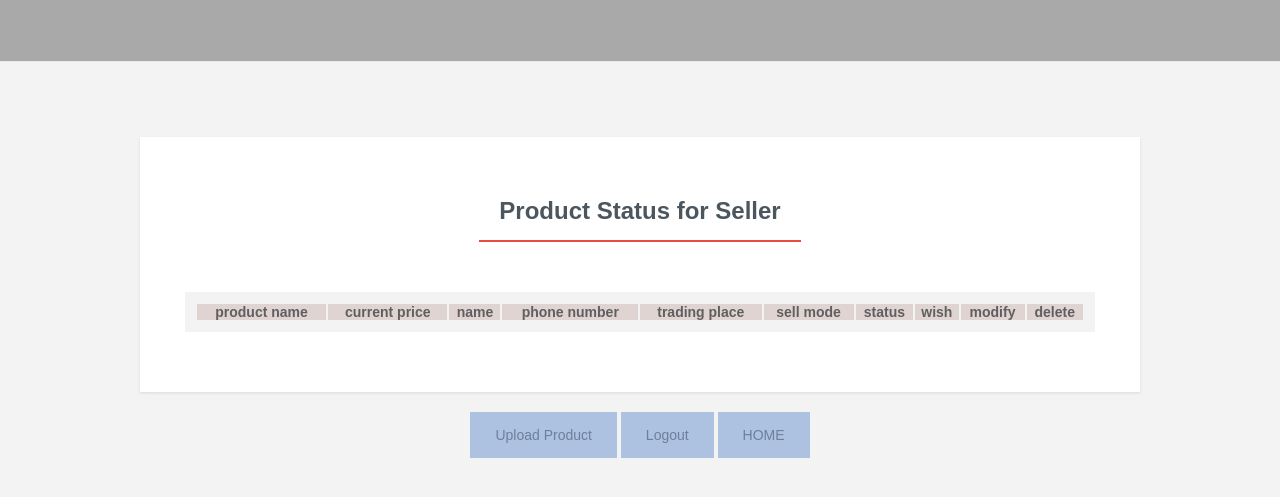
Repository: 0suh/SKKU_Web_project
Page: http://localhost/2018312257_YoungSuhChin_project/productstatus.jsp
The author's editor kept a copy of each file at every save. The page is drawn from the files as they stood at one save, then again after the next save.
The browser window is 1280 px wide. The pictures show the whole page.
The page is served by Tomcat 9. Queries for data that is not in the repository find no rows.

Above is the page before, as saved 2020-12-21 15:19:54.

After the next save:
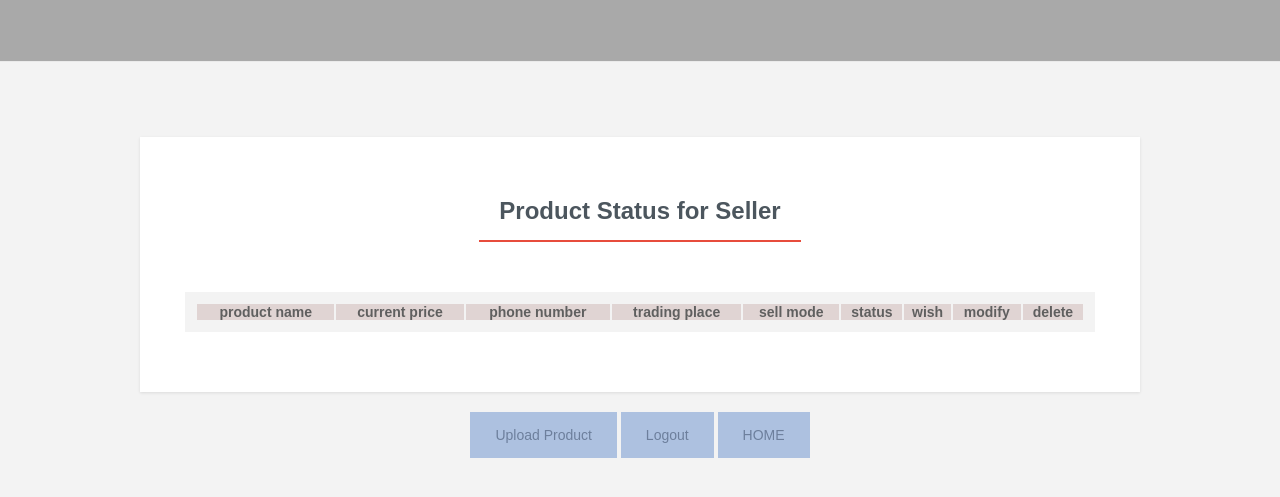
Saved 3 min 12 s later.
--- a/FinalProject/2018312257_YoungSuhChin_project/WebContent/productstatus.jsp
+++ b/FinalProject/2018312257_YoungSuhChin_project/WebContent/productstatus.jsp
@@ -30,7 +30,7 @@ try
 	con=DriverManager.getConnection("jdbc:mysql://localhost:3306/dbuser","root","root"); //create connection
 	stmt=con.createStatement();
 
-	String query="select productname,price,name,phonenumber,tradingplace,sellmode,status,wish from product"; //sql select query
+	String query="select productname,price,phonenumber,tradingplace,sellmode,status,wish from product"; //sql select query
 	rs=stmt.executeQuery(query); //execute query and store in resultset object rs.
 %>
    <form class="form-register" action="memberdelete.jsp" method="post"  > <!-- goto memberdelete.jsp -->
@@ -46,7 +46,6 @@ try
    <tr style="background-color:#e0d4d3">
    <td>product name</td> <!-- table for product name -->
    <td>current price</td> <!-- table for price -->
-   <td>name</td> <!-- table for name -->
    <td>phone number</td> <!-- table for phone number -->
    <td>trading place</td> <!-- table for trading place -->
    <td>sell mode</td> <!-- table for sell mode -->
@@ -62,7 +61,6 @@ try
 
 	   <td><%=rs.getString("productname") %></td> <!-- get product name -->
 	   <td><%=rs.getString("price") %></td> <!-- get price -->
-	   <td><%=rs.getString("name") %></td> <!-- get name -->
 	   <td><%=rs.getString("phonenumber") %></td> <!-- get phone number -->
 	   <td><%=rs.getString("tradingplace") %></td> <!-- get trading place -->
 	   <td><%=rs.getString("sellmode") %></td> <!-- get sellmode -->
